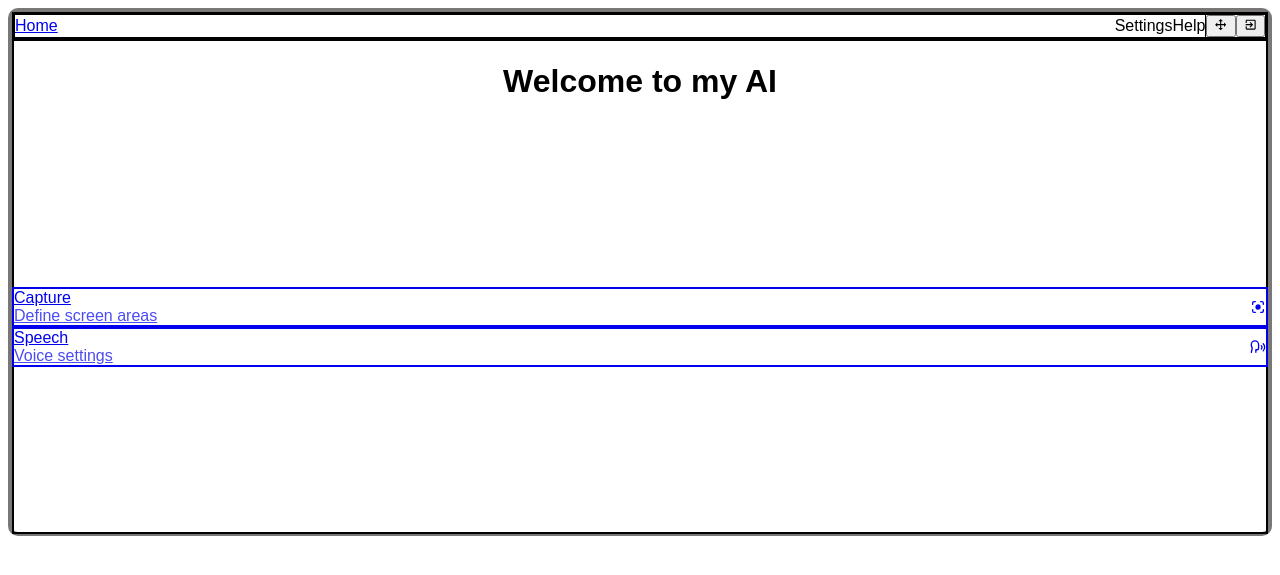
Repository: stevenreas09-coder/ai-assistance
Page: /
The author's editor kept a copy of each file at every save. The page is drawn from the files as they stood at one save, then again after the next save.
The browser window is 1280 px wide. The pictures show the whole page.
The project was rebuilt for these pictures with package versions that can differ from the ones it lists, and the page was loaded fresh each time. The framework's server and built-in components were replaced by stand-ins that run in the browser. Also part of the build but not shown: next.config.ts.

Above is the page before, as saved 2025-12-18 19:54:08.

### app/layout.tsx
import type { Metadata } from "next";
import { Geist, Geist_Mono } from "next/font/google";
import "./globals.css";
import HeaderOverlay from "./component/HeaderOverlay";

const geistSans = Geist({
  variable: "--font-geist-sans",
  subsets: ["latin"],
});

const geistMono = Geist_Mono({
  variable: "--font-geist-mono",
  subsets: ["latin"],
});

export const metadata: Metadata = {
  title: "Create Next App",
  description: "Generated by create next app",
};

export default function RootLayout({
  children,
}: Readonly<{
  children: React.ReactNode;
}>) {
  return (
    <html lang="en">
      <body
        className={`${geistSans.variable} ${geistMono.variable} rounded-3xl antialiased h-[520px] overflow-hidden`}
      >
        {/* Main Wrapper: flex-col ensures header and content stack correctly */}
        <div className="rounded p-2 flex flex-col space-y-2 h-full border border-black/10">
          {/* DRAG AREA: This container holds your HeaderOverlay.
              Because HeaderOverlay has WebkitAppRegion: "drag",
              this entire top section acts as the window handle.
          */}
          <div className="shrink-0 h-8 bg-black/60 border-2 border-white/30 rounded-xl">
            <HeaderOverlay />
          </div>

          {/* CONTENT AREA: flex-1 takes up remaining space.
              overflow-auto allows the page content to scroll
              WITHOUT moving the HeaderOverlay.
          */}
          <main className="flex-1 bg-black/60 border border-white/30 box-border rounded-2xl">
            {children}
          </main>
        </div>
      </body>
    </html>
  );
}

### app/page.tsx
import Link from "next/link";
import { TbCaptureFilled } from "react-icons/tb";
import { LuSpeech } from "react-icons/lu";

export default function Home() {
  return (
    <div className="w-full h-full text-white flex flex-col">
      {/* Header text with slight top padding */}
      <h1 className="text-center pt-6 pb-2 text-xl font-semibold">
        Welcome to <span className="text-amber-600"> my AI</span>
      </h1>

      {/* Using flex-col instead of wrap to ensure they stack nicely
         within your fixed 520px height window.
      */}
      <div className="flex-1 flex flex-col justify-center items-center px-6 gap-4">
        {/* Capture Card */}
        <Link
          href="/capture"
          className="w-full max-w-xs border-2 border-black/5 flex justify-between items-center rounded-lg p-4
                     hover:border-amber-500 hover:bg-amber-500 hover:text-white
                     bg-white/40 transition-all duration-200 active:scale-95 group"
        >
          <div className="flex flex-col">
            <span className="font-bold">Capture</span>
            <span className="text-xs opacity-70">Define screen areas</span>
          </div>
          <TbCaptureFilled className="w-8 h-8 group-hover:rotate-12 transition-transform" />
        </Link>

        {/* Speech Card */}
        <Link
          href="/speech"
          className="w-full max-w-xs border-2 border-black/5 flex justify-between items-center rounded-lg p-4
                     hover:border-violet-500 hover:bg-violet-500 hover:text-white
                     bg-white/40 transition-all duration-200 active:scale-95 group"
        >
          <div className="flex flex-col">
            <span className="font-bold">Speech</span>
            <span className="text-xs opacity-70">Voice settings</span>
          </div>
          <LuSpeech className="w-8 h-8 group-hover:-rotate-12 transition-transform" />
        </Link>
      </div>
    </div>
  );
}

### app/globals.css
@tailwind base;
@tailwind components;
@tailwind utilities;

body {
  color: var(--foreground);
  font-family: Arial, Helvetica, sans-serif;
  background: transparent; /* <- change this */
  border: 4px solid rgba(120, 117, 117, 0.979); /* white semi-transparent border */
  border-radius: 10px; /* optional rounded corners */
  overflow: hidden;
}
/* ===== CUSTOM SCROLLBAR ===== */
::-webkit-scrollbar {
  width: 8px;
  height: 8px;
}

::-webkit-scrollbar-track {
  background: #1e1e1e; /* dark background */
}

::-webkit-scrollbar-thumb {
  background: #4b5563; /* gray-600 */
  border-radius: 8px;
}

::-webkit-scrollbar-thumb:hover {
  background: #6b7280; /* gray-500 */
}

/* Firefox support */
* {
  scrollbar-width: thin;
  scrollbar-color: #4b5563 #1e1e1e;
}

@layer utilities {
  .drag {
    -webkit-app-region: drag;
  }
  .no-drag {
    -webkit-app-region: no-drag;
  }
}

### app/component/HeaderOverlay.tsx
"use client";
import { useState } from "react";
import { IoMdExit } from "react-icons/io";
import { RiDragMove2Fill } from "react-icons/ri";
import { ImBlocked } from "react-icons/im";
import Link from "next/link";

export default function HeaderOverlay() {
  const [draggable, setDraggable] = useState(true);

  const handleClose = () => {
    window.electronAPI?.closeWindow();
  };

  const toggleDraggable = () => {
    setDraggable(!draggable);
  };

  return (
    <div
      // select-none prevents text highlighting while dragging
      className="w-full h-8 flex items-center text-white font-normal justify-between px-3 select-none border-b border-black/5"
      style={{ WebkitAppRegion: draggable ? "drag" : "no-drag" } as any}
    >
      {/* LEFT: Navigation Link */}
      <div style={{ WebkitAppRegion: "no-drag" } as any}>
        <Link href="/" className="hover:text-amber-600 transition-colors py-1">
          Home
        </Link>
      </div>

      {/* RIGHT: Controls */}
      <div
        className="flex items-center space-x-4"
        style={{ WebkitAppRegion: "no-drag" } as any}
      >
        <div className="hover:text-amber-600 cursor-pointer">Settings</div>
        <div className="hover:text-amber-600 cursor-pointer">Help</div>

        <div className="flex items-center gap-3 border-l border-black/10 pl-3">
          <button
            title={draggable ? "Disable Drag" : "Enable Drag"}
            className="hover:text-amber-500 transition-all active:scale-90"
            onClick={toggleDraggable}
          >
            {draggable ? (
              <RiDragMove2Fill className="w-4 h-4" />
            ) : (
              <ImBlocked className="w-4 h-4 text-red-400" />
            )}
          </button>

          <button
            title="Exit"
            onClick={handleClose}
            className="hover:text-red-500 transition-all active:scale-90"
          >
            <IoMdExit className="w-5 h-5" />
          </button>
        </div>
      </div>
    </div>
  );
}

After the next save:
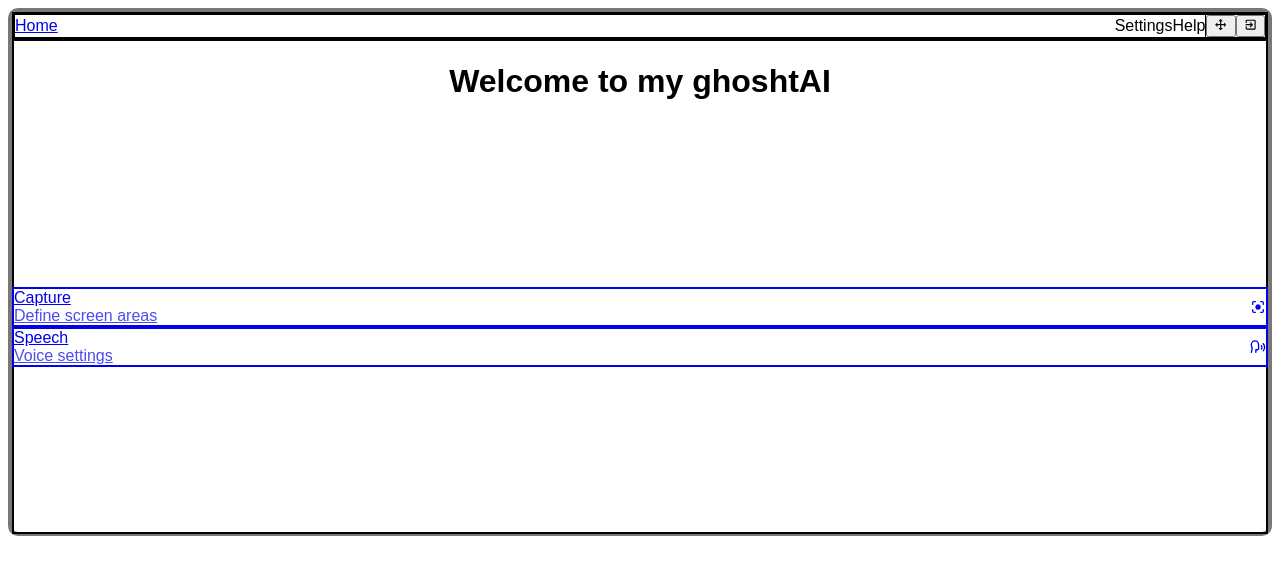
Saved 25 s later.
--- a/app/page.tsx
+++ b/app/page.tsx
@@ -7,7 +7,7 @@ export default function Home() {
     <div className="w-full h-full text-white flex flex-col">
       {/* Header text with slight top padding */}
       <h1 className="text-center pt-6 pb-2 text-xl font-semibold">
-        Welcome to <span className="text-amber-600"> my AI</span>
+        Welcome to <span className="text-amber-600"> my ghoshtAI</span>
       </h1>
 
       {/* Using flex-col instead of wrap to ensure they stack nicely
